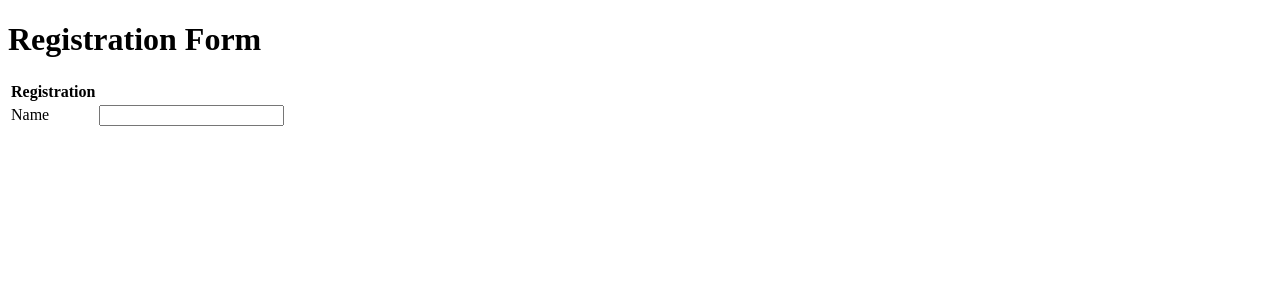
Repository: nsbgit/JavaTutorial
Page: http://localhost/2ndBatch/
The author's editor kept a copy of each file at every save. The page is drawn from the files as they stood at one save, then again after the next save.
The browser window is 1280 px wide. The pictures show the whole page.
The page is served by Tomcat 9.

Above is the page before, as saved 2013-12-17 19:26:25.

After the next save:
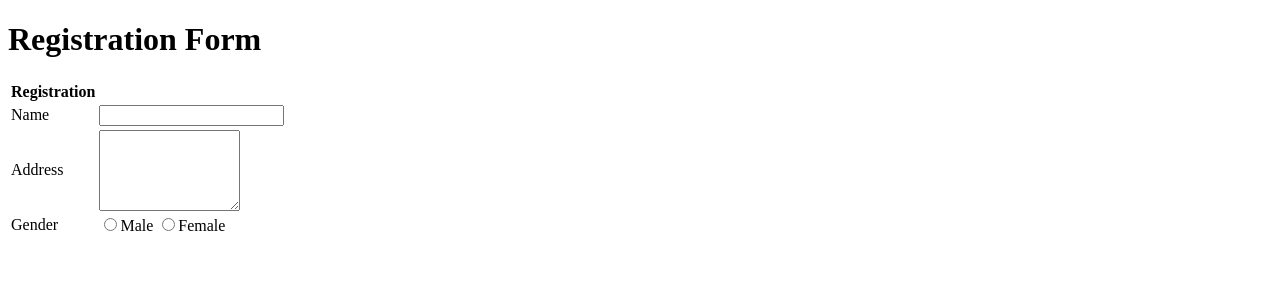
Saved 6 min 36 s later.
--- a/Webel Daily Home/J2EE Webel Tutorial Class/2ndBatch/WebContent/1st.jsp
+++ b/Webel Daily Home/J2EE Webel Tutorial Class/2ndBatch/WebContent/1st.jsp
@@ -31,6 +31,22 @@
 				</td>
 			</tr>
 
+			<tr>
+				<td>Address</td>
+				<td>
+					<textarea rows="5" cols="15"></textarea>
+				</td>
+			</tr>
+
+
+			<tr>
+				<td>Gender</td>
+				<td>
+					<input type="radio">Male
+					<input type="radio">Female
+				</td>
+			</tr>
+
 
 
 		</table>
